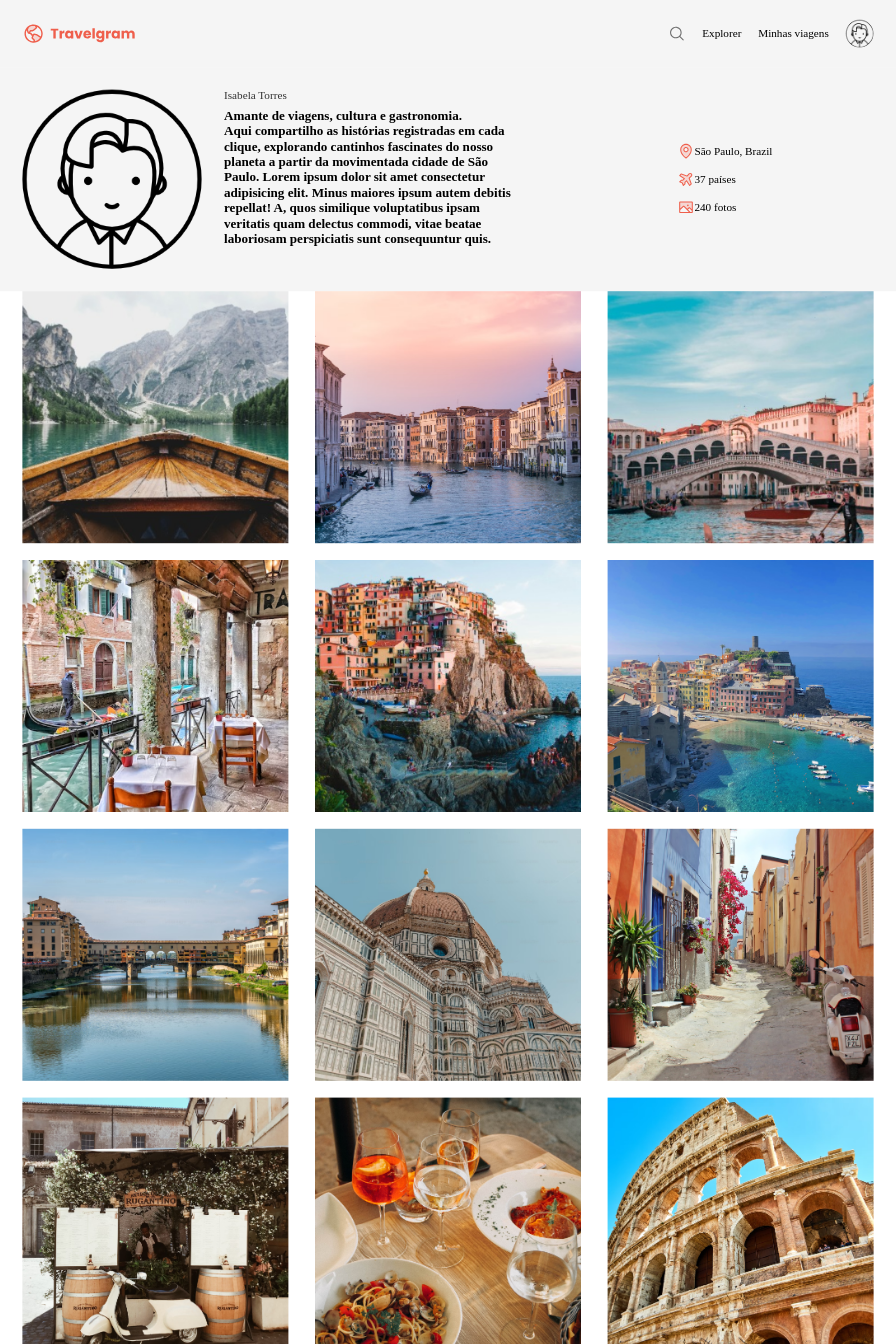
Repository: JeffRodFer/projeto-Travelgran-Rockeseat
Page: index.html
These files come from the project's save history. The page is drawn as it stood at one moment and after the next save; the edit follows.
The browser window is 1280 px wide. The pictures show the part of the page from y = 0 to 1920 px (the page is 2696 px tall before and 2816 px after), at 70% of full size.

Above is the page before, as saved 2025-03-22 20:57:45.

After the next save:
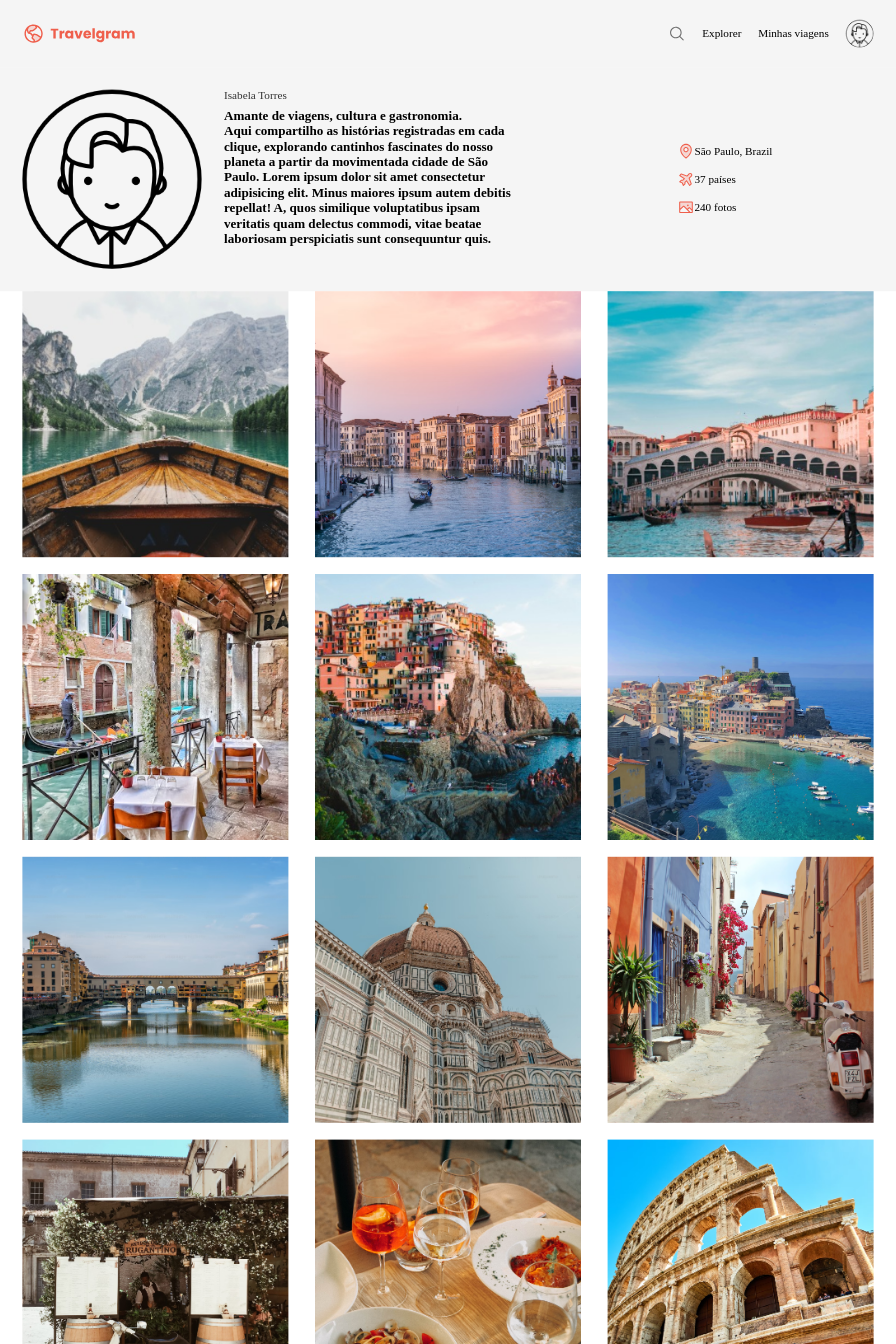
Saved 4 s later.
--- a/styles/main.css
+++ b/styles/main.css
@@ -7,7 +7,7 @@ main {
 }
 main img {
     width: 380px;
-    height: 360px;
+    height: 380px;
     object-fit: cover;
 
 }
